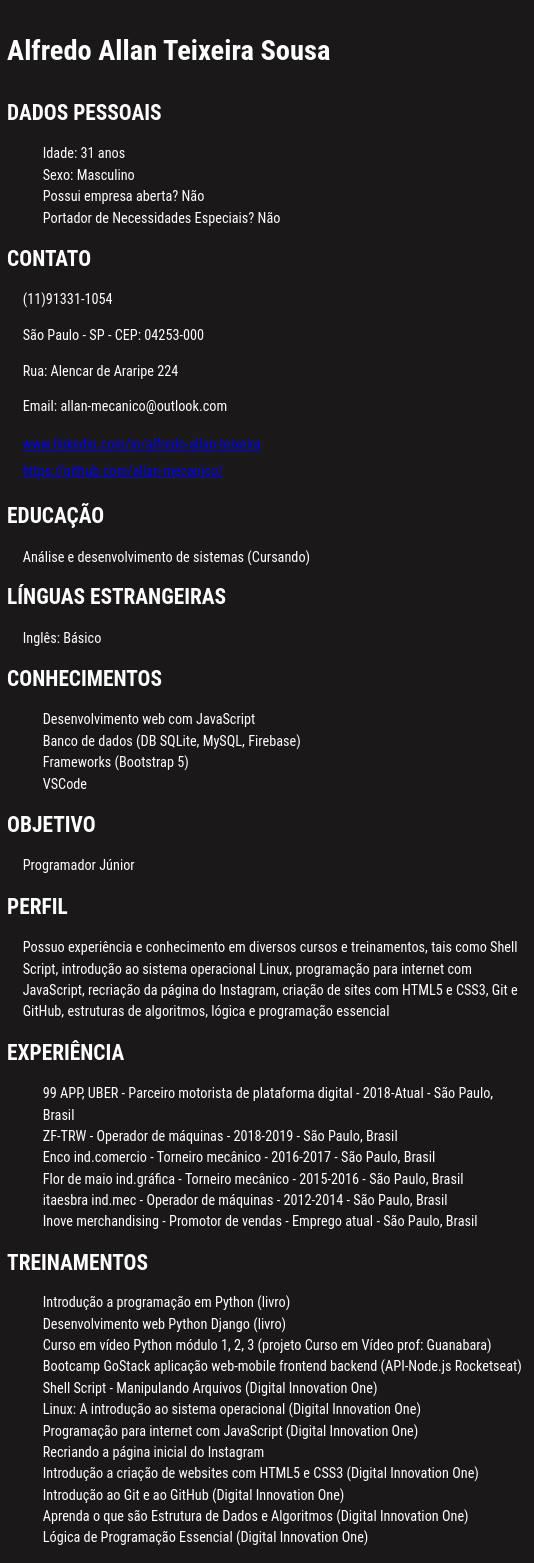
Repository: alfredo-allan/Portfolio
Page: curriculo.html
An editor plug-in stored every save of this project. The page is shown before and after a run of saves, followed by the edit.
The browser window is 600 px wide. The pictures show the whole page, at 89% of full size.

Above is the page before, as saved 2024-03-20 15:27:59.

After the next 4 saves:
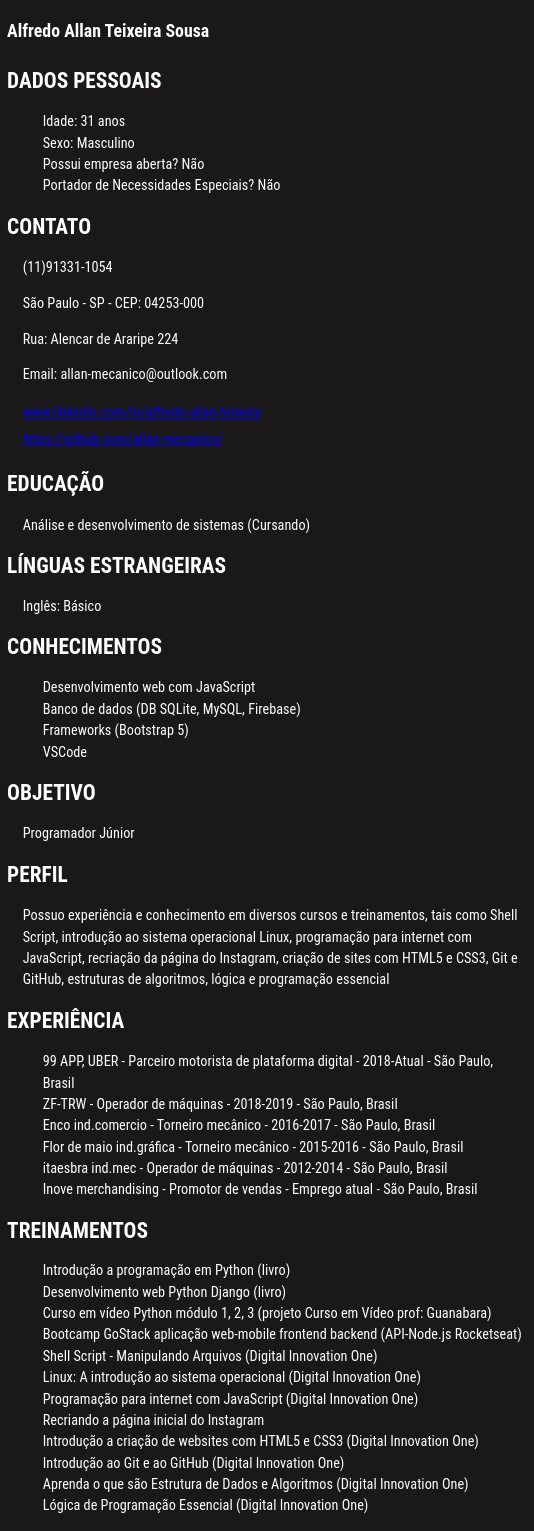
The 4 saves are shown as one change because they came seconds apart.
The last was saved 20 s later.
--- a/src/assets/styles/curriculo.css
+++ b/src/assets/styles/curriculo.css
@@ -30,5 +30,7 @@ body {
 }
 
 @media (min-width: 310px) and (max-width: 720px) {
-	font-size: 1rem;
+	#nome {
+		font-size: 20px;
+	}
 }
